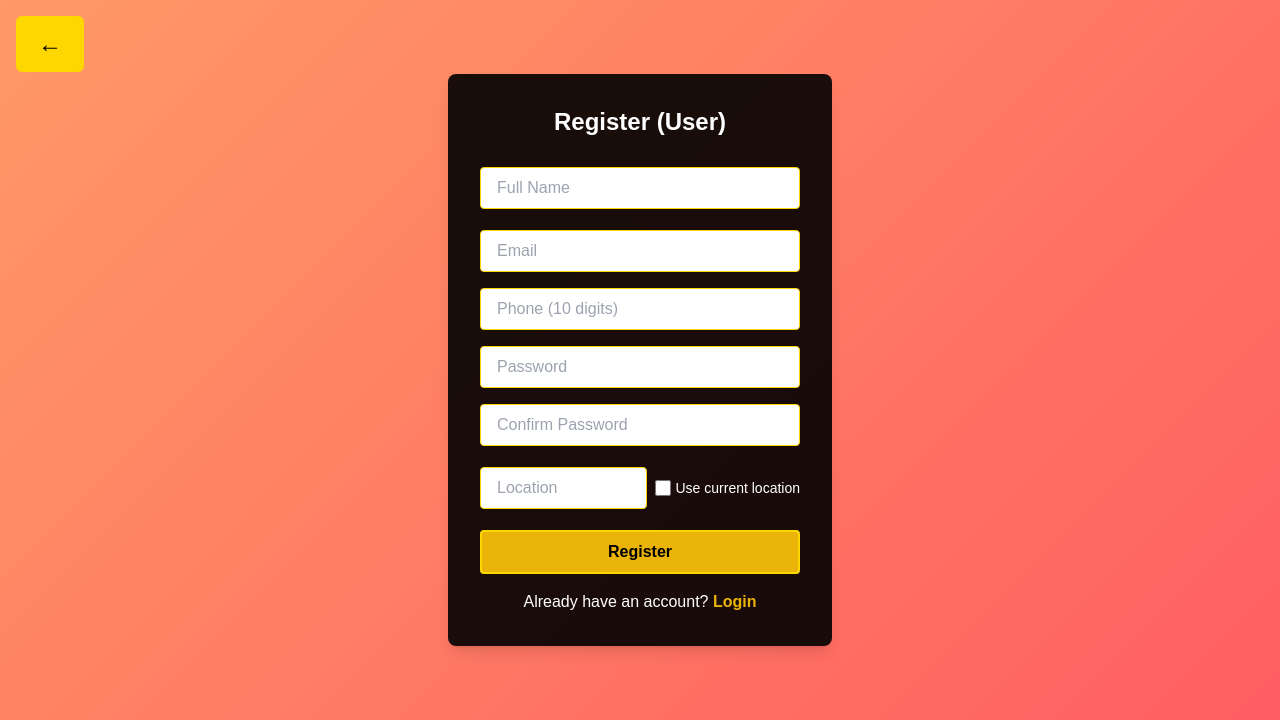
Repository: TenetiSrujana/SPOTnSORT
Page: /register (app in frontend/)
These files come from the project's save history. The page is drawn as it stood at one moment and after the next save; the edit follows.
The browser window is 1280 px wide. The pictures show the whole page.
Some web libraries are served in a nearby version. The project was rebuilt for these pictures with package versions that can differ from the ones it lists, and the page was loaded fresh each time. Also part of the build but not shown: frontend/src/components/PrivateRoute.jsx, frontend/src/pages/Landing.jsx, frontend/src/components/BubbleLayout.jsx, frontend/src/pages/Auth/Login.jsx, frontend/src/pages/User/UserHome.jsx, frontend/src/pages/User/ReportForm.jsx, frontend/src/pages/User/UserMap.jsx, frontend/src/pages/User/UserAnalysis.jsx and 6 more.

Above is the page before, as saved 2025-10-23 18:18:14.

After the next save:
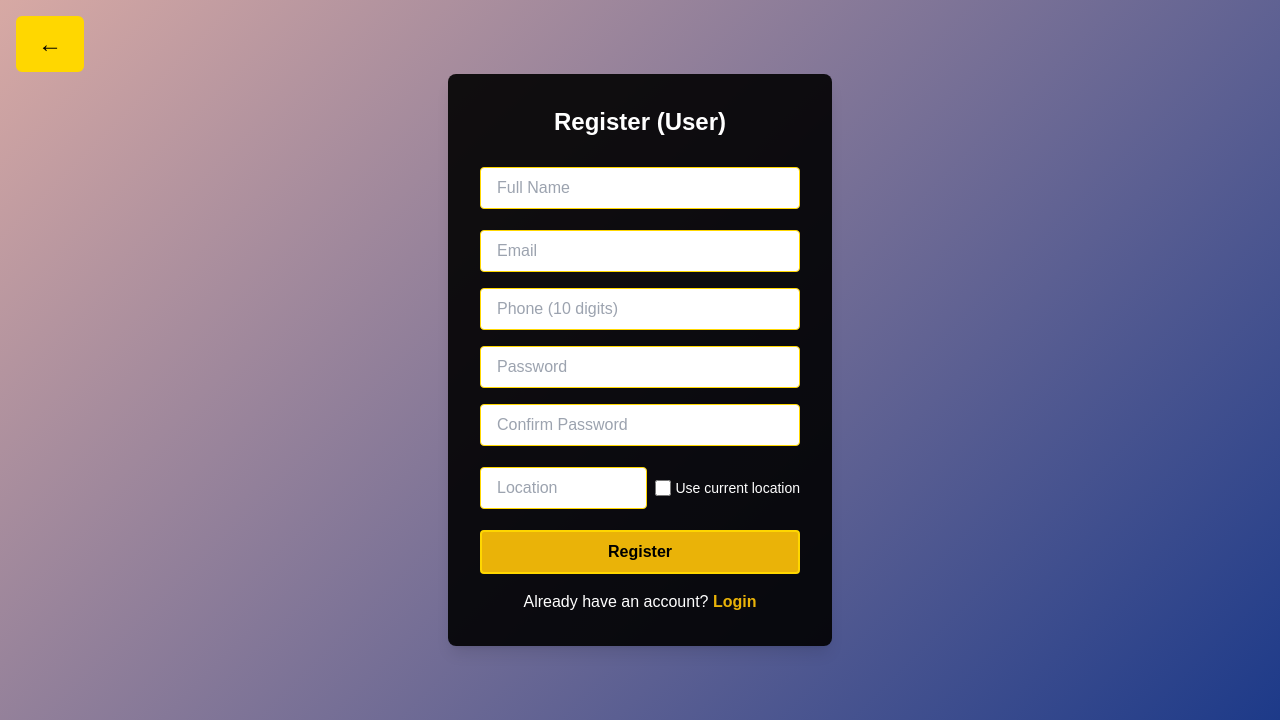
Saved 83 s later.
--- a/frontend/src/components/BubblesBackground.jsx
+++ b/frontend/src/components/BubblesBackground.jsx
@@ -6,7 +6,7 @@ const BubblesBackground = () => {
     <div
       className="fixed inset-0 -z-10"
       style={{
-        background: "linear-gradient(135deg, #ff9966, #ff5e62)",
+        background: "linear-gradient(135deg, #D7A9A4, #1D3A89)",
         backgroundSize: "cover",
         minHeight: "100vh",
         width: "100%",
